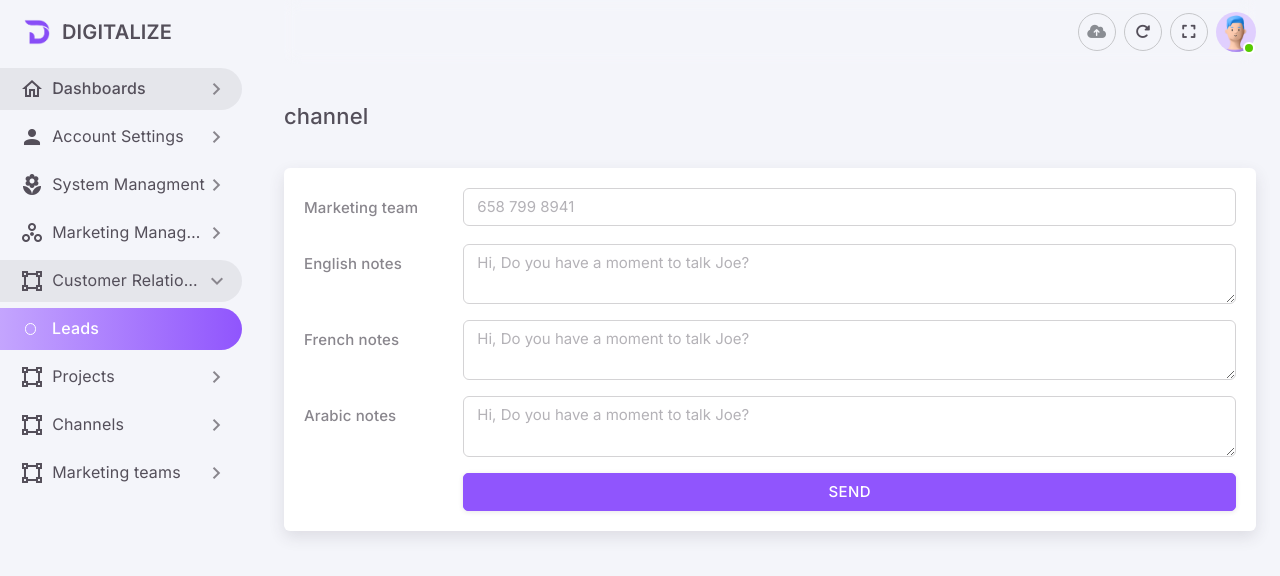
Repository: FadyFathey/sales-crm
Page: html/add-markting-team.html
The author's editor kept a copy of each file at every save. The page is drawn from the files as they stood at one save, then again after a run of saves.
The browser window is 1280 px wide. The pictures show the whole page.
Some icons come from a web library that is not loaded, so they are not drawn. Some web libraries are served in a nearby version.

Above is the page before, as saved 2024-10-10 16:44:31.
Console error: ReferenceError: d3 is not defined

After the next 3 saves:
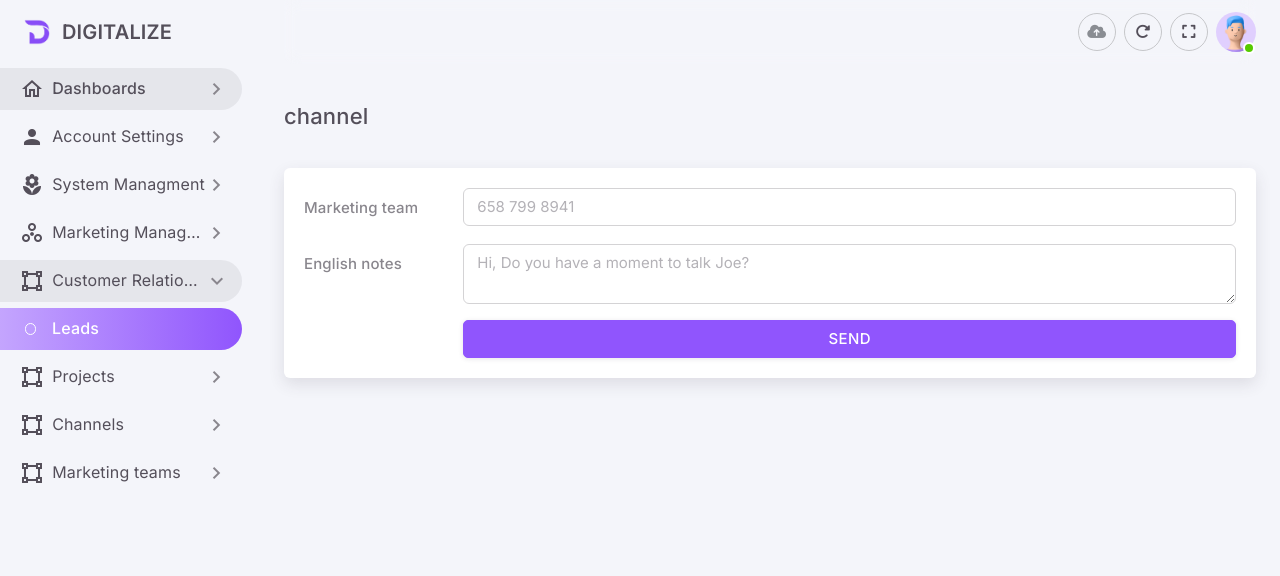
The 3 saves are shown as one change because they came seconds apart.
The last was saved 21 s later.
--- a/html/add-markting-team.html
+++ b/html/add-markting-team.html
@@ -380,26 +380,7 @@
                                                         aria-describedby="basic-icon-default-message2"></textarea>
                                                 </div>
                                             </div>
-                                            <div class="row mb-3">
-                                                <label class="col-sm-2 col-form-label"
-                                                    for="basic-default-message">French notes</label>
-                                                <div class="col-sm-10">
-                                                    <textarea id="basic-default-message" class="form-control"
-                                                        placeholder="Hi, Do you have a moment to talk Joe?"
-                                                        aria-label="Hi, Do you have a moment to talk Joe?"
-                                                        aria-describedby="basic-icon-default-message2"></textarea>
-                                                </div>
-                                            </div>
-                                            <div class="row mb-3">
-                                                <label class="col-sm-2 col-form-label"
-                                                    for="basic-default-message">Arabic notes</label>
-                                                <div class="col-sm-10">
-                                                    <textarea id="basic-default-message" class="form-control"
-                                                        placeholder="Hi, Do you have a moment to talk Joe?"
-                                                        aria-label="Hi, Do you have a moment to talk Joe?"
-                                                        aria-describedby="basic-icon-default-message2"></textarea>
-                                                </div>
-                                            </div>
+
 
                                             <div class="row justify-content-end ">
                                                 <div class="col-sm-10">
